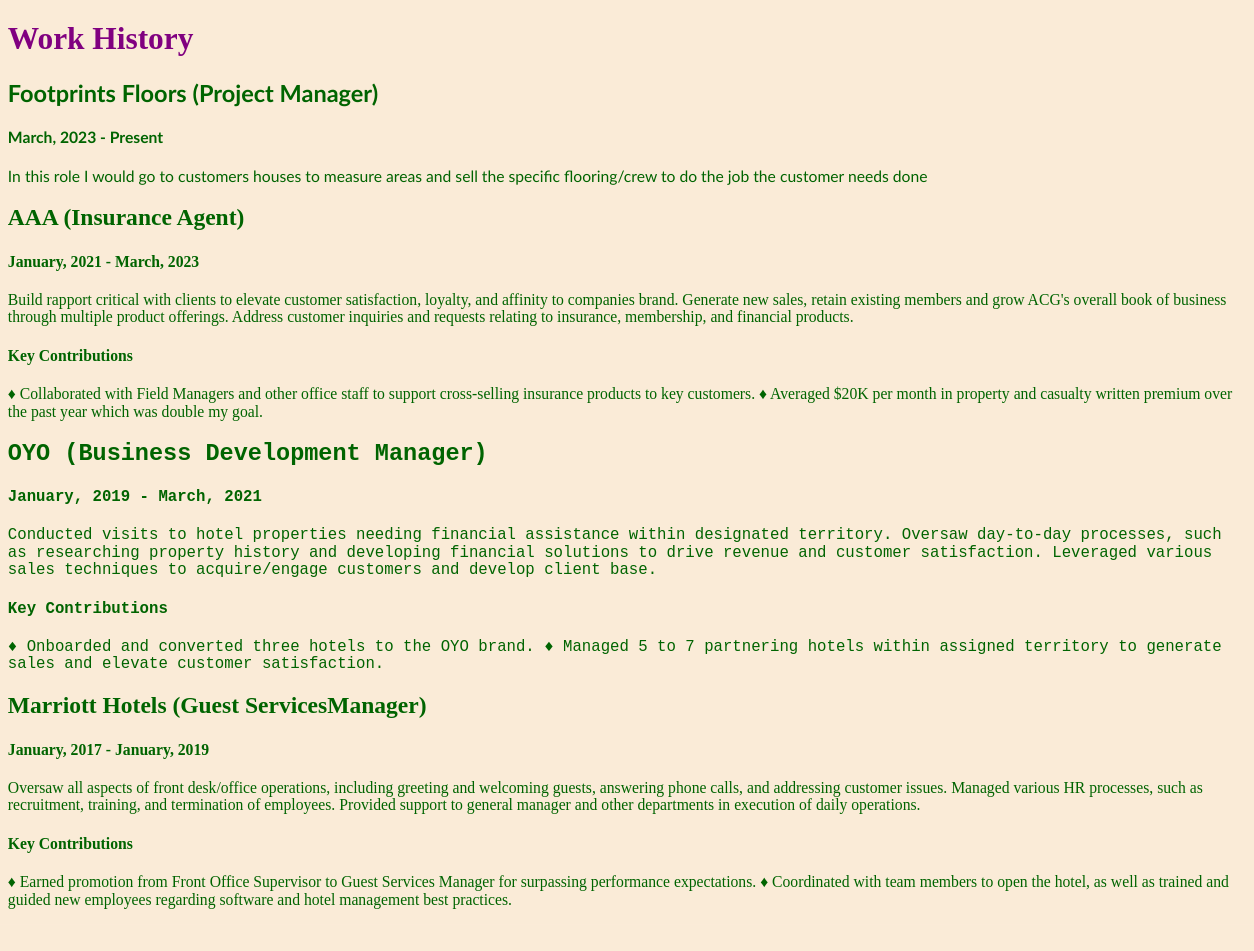
Repository: TEazy2433/LAB-HTML-Resume
Page: index.html
An editor plug-in stored every save of this project. The page is shown before and after the next save, followed by the edit.
The browser window is 1280 px wide. The pictures show the whole page, at 98% of full size.

Above is the page before, as saved 2023-10-11 20:27:03.

### index.html
<!DOCTYPE html>
<html lang="en">
<head>
  <meta charset="UTF-8">
  <meta name="viewport" content="width=device-width, initial-scale=1.0">
  <title>Resume</title>
  <link rel="stylesheet" href="main.css">
  </head>
  <body>

  <script src="main.js"></script>
  </body>
  </html><html></html>
    </head>
      <title>Work History</title>
    </head>
    <body>
      <h1>Work History</h1>
      <article id="articleOne">
        <h2>Footprints Floors (Project Manager)</h2>
        <h4>March, 2023 - Present</h4>
        <section>
          <p>In this role I would go to customers houses to measure areas and sell the specific flooring/crew to do the job the customer needs done</p>
        </section>
      </article>

      <article id="articleTwo">
        <h2>AAA (Insurance Agent)</h2>
        <h4>January, 2021 - March, 2023</h4>
        <section>
          <p>Build rapport critical with clients to elevate customer satisfaction, loyalty, and affinity to companies brand. Generate new sales, retain existing members and grow ACG's overall book of business through multiple product offerings. Address customer inquiries and requests relating to insurance, membership, and financial products.</p>

          <h4>Key Contributions</h4>
          <P>♦ Collaborated with Field Managers and other office staff to support cross-selling insurance products to key customers.
            ♦ Averaged $20K per month in property and casualty written premium over the past year which was double my goal.</P>
        </section>
      </article>

      <article id="articleThree">
        <h2>OYO (Business Development Manager)</h2>
        <h4>January, 2019 - March, 2021</h4>
        <section>
          <p>Conducted visits to hotel properties needing financial assistance within designated territory. Oversaw day-to-day processes, such as researching property history and developing financial solutions to drive revenue and customer satisfaction. Leveraged various sales techniques to acquire/engage customers and develop client base.</p>

          <h4>Key Contributions</h4>
          <P>♦ Onboarded and converted three hotels to the OYO brand.
            ♦ Managed 5 to 7 partnering hotels within assigned territory to generate sales and elevate customer satisfaction.</P>
        </section>
      </article>

      <article id="articleFour">
        <h2>Marriott Hotels (Guest ServicesManager)</h2>
        <h4>January, 2017 - January, 2019</h4>
        <section>
          <p>Oversaw all aspects of front desk/office operations, including greeting and welcoming guests, answering phone calls, and addressing customer issues. Managed various HR processes, such as recruitment, training, and termination of employees. Provided support to general manager and other departments in execution of daily operations.</p>

          <h4>Key Contributions</h4>
          <P>♦ Earned promotion from Front Office Supervisor to Guest Services Manager for surpassing performance expectations.
            ♦ Coordinated with team members to open the hotel, as well as trained and guided new employees regarding software
            and hotel management best practices.</P>
        </section>
      </article>


    </body>

### main.css
body{
  background-color: antiquewhite;
}

h1{
  color:purple

}

h2{
  color: darkgreen;
}

p{
  color:darkgreen
}

h4{
  color:darkgreen
}

h5{
  color: darkgreen;
}

#articleOne{
  font-family: 'Gill Sans', 'Gill Sans MT', Calibri, 'Trebuchet MS', sans-serif;
}

#articleTwo{
  font-family: cursive;
}

#articleThree{
  font-family: 'Courier New', Courier, monospace;
}

#articleFour{
  font-family: fantasy;
}

### main.js
console.log("Resume");

After the next save:
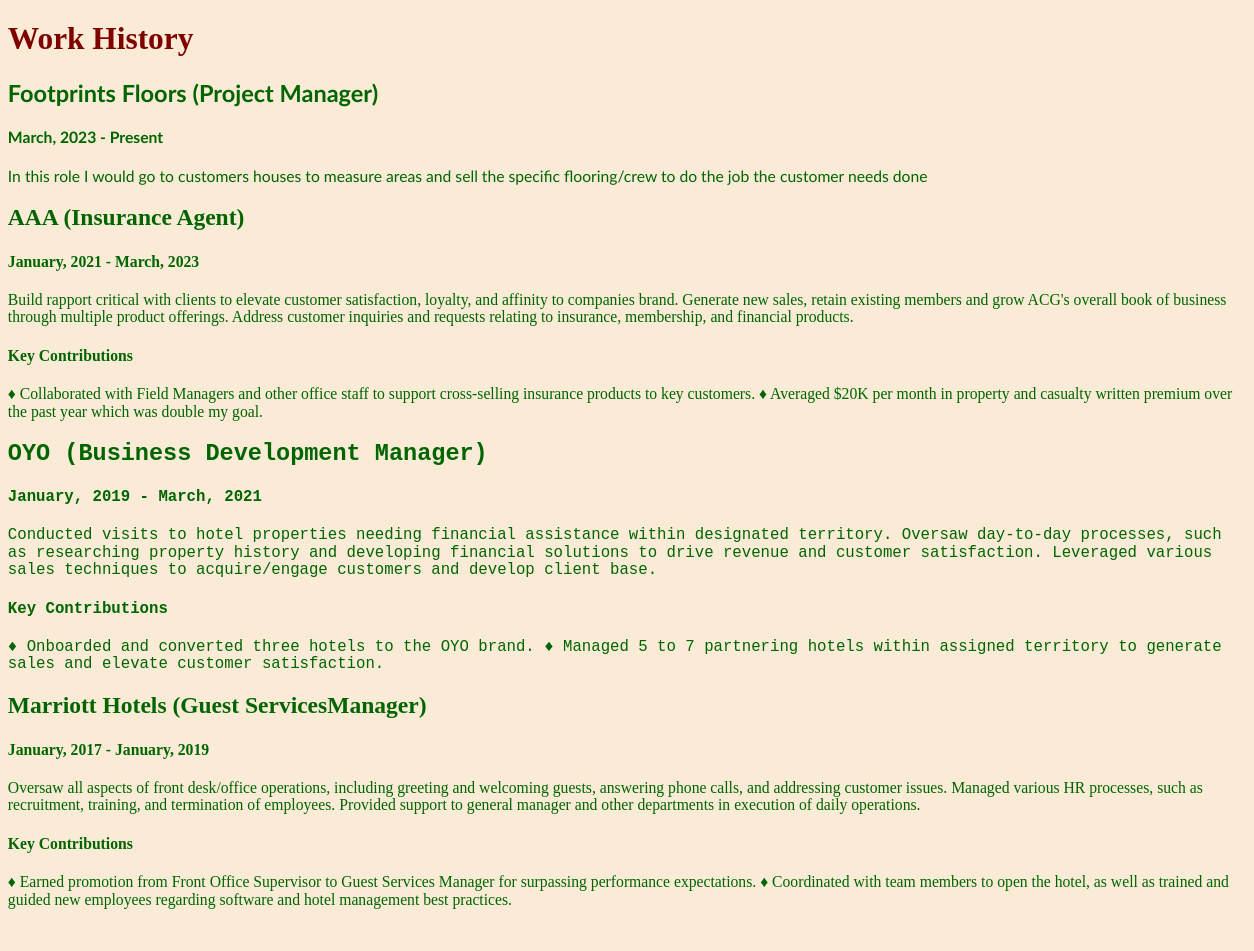
Saved 19 s later.
--- a/main.css
+++ b/main.css
@@ -3,7 +3,7 @@
 }
 
 h1{
-  color:purple
+  color:maroon
 
 }
 
